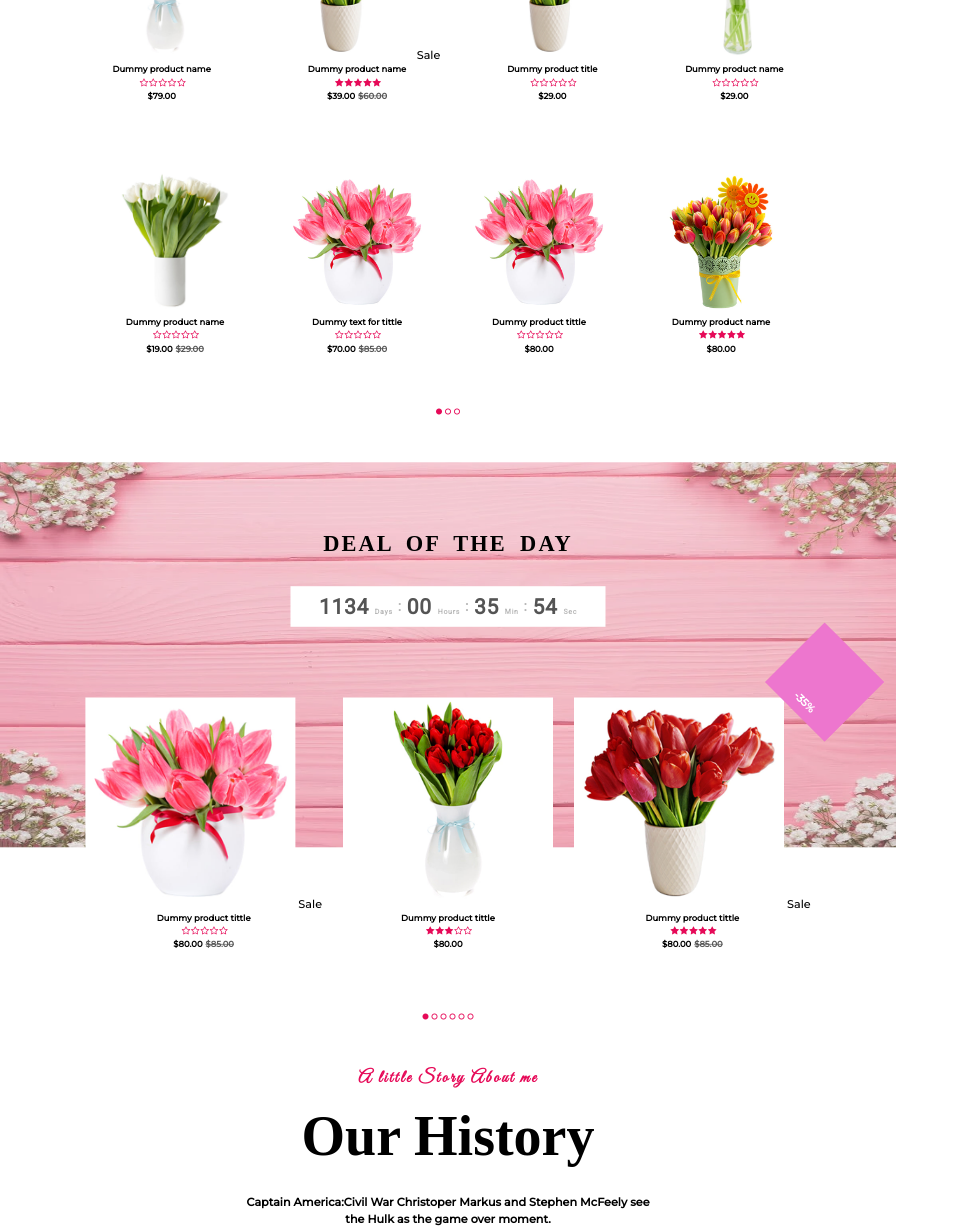
Repository: Yosva36/Front-End-Training
Page: Flower/flowers.html
These files come from the project's save history. The page is drawn as it stood at one moment and after the next save; the edit follows.
The browser window is 1280 px wide. The page is 1370 px wide, so the pictures cover 1370 px, including what lies to the right of the window. The pictures show the part of the page from y = 1648 to 3408 px (the page is 6139 px tall before and 6158 px after), at 70% of full size.
Some web fonts or font styles are not loaded; a fallback is used. Some web libraries are served in a nearby version.

Above is the page before, as saved 2022-11-21 11:25:30.

After the next save:
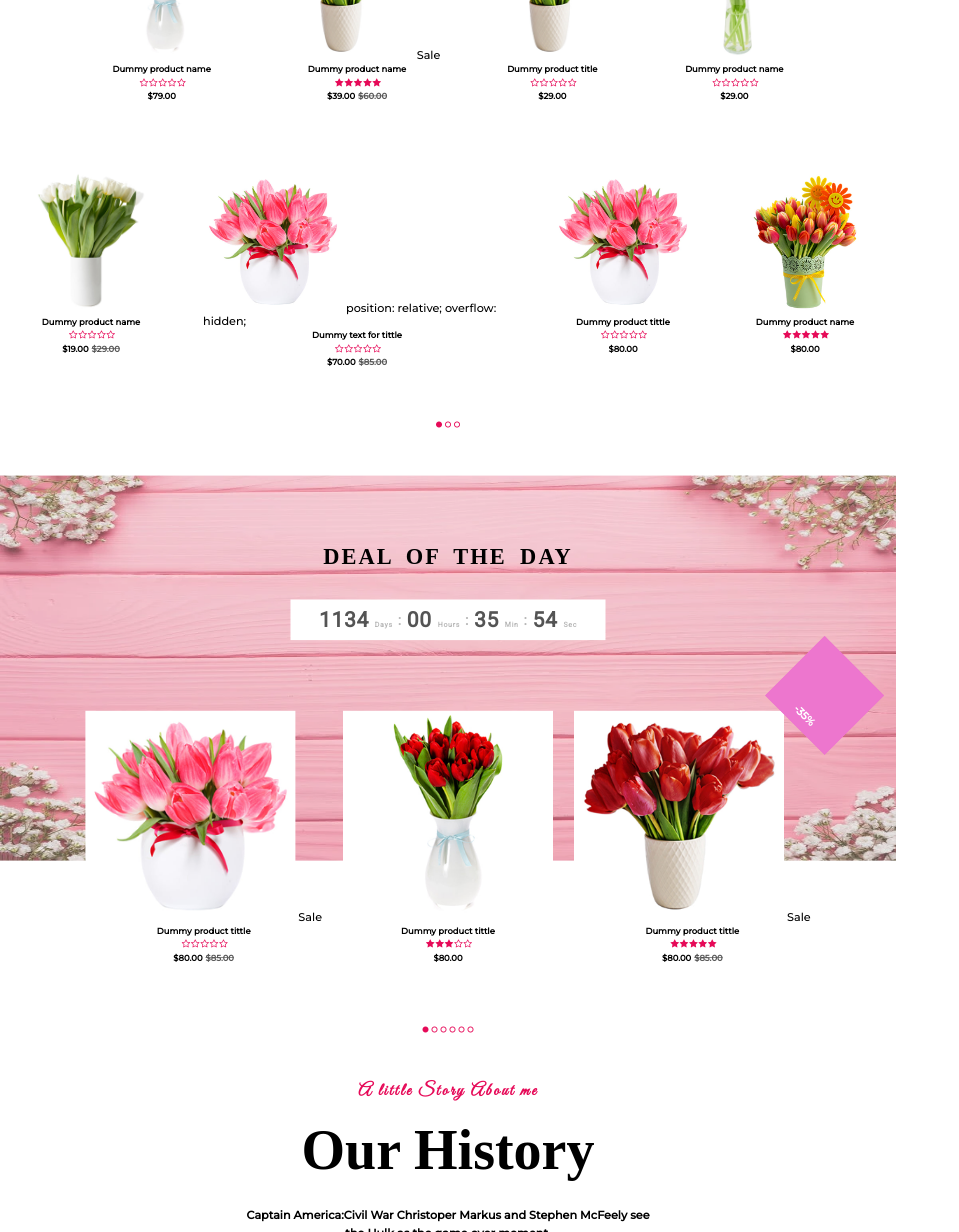
Saved 11 min 36 s later.
--- a/Flower/flowers.html
+++ b/Flower/flowers.html
@@ -132,7 +132,7 @@
           <div class="block">
             <img src="/Flower/images/rose-pot.jpg" alt="red-roses-offer" />
             <span class="sale">-18%</span>
-                <span class="sale-label">Sale</span>
+            <span class="sale-label">Sale</span>
             <div class="price">
               <span>Dummy product name</span>
               <div class="ratings">
@@ -193,6 +193,8 @@
           </div>
           <div class="block">
             <img src="/Flower/images/big-pot-rose.jpg" alt="red-roses-offer" />
+            position: relative;
+  overflow: hidden;
             <div class="price">
               <span>Dummy text for tittle</span>
               <div class="ratings">
